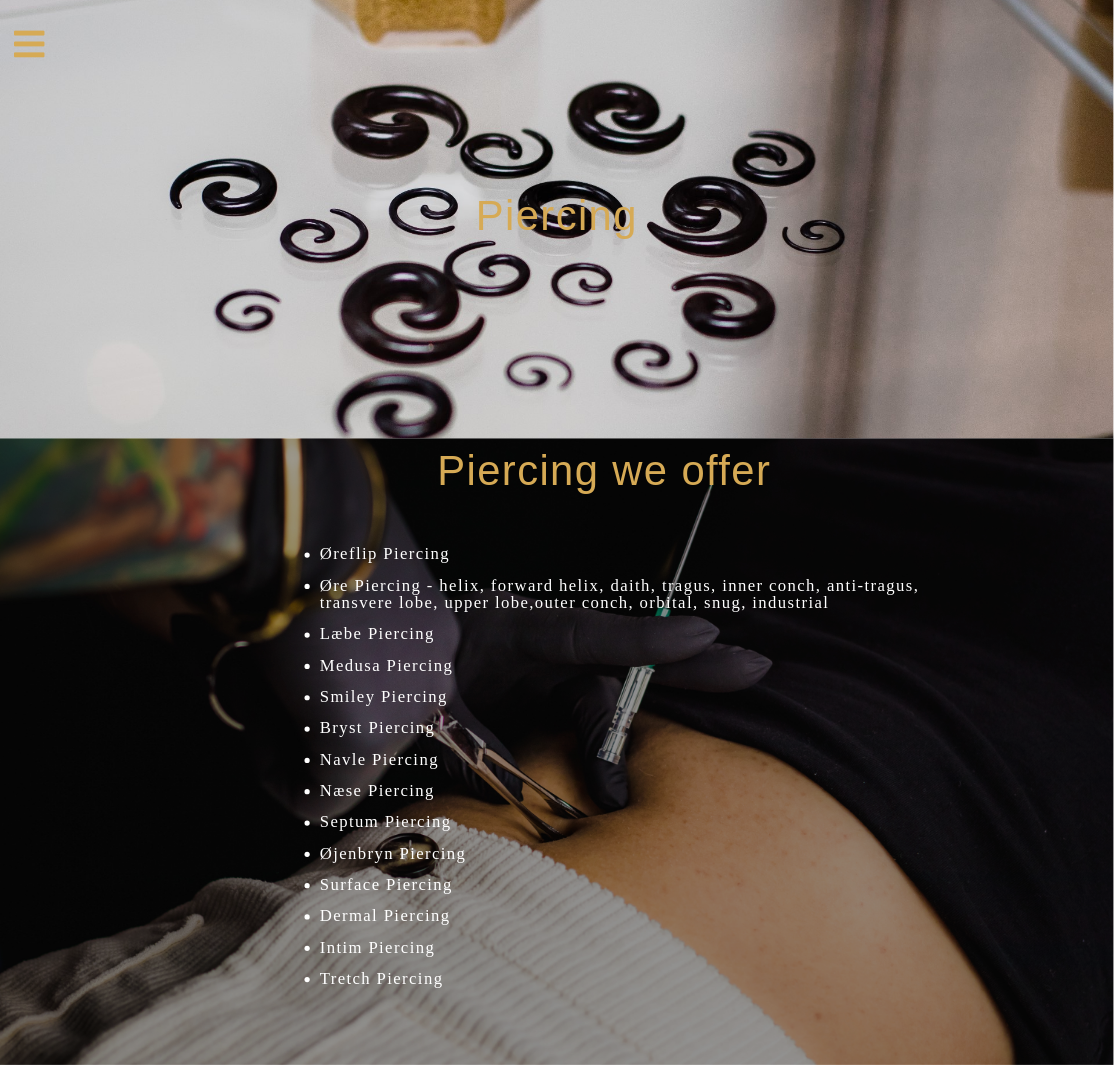
Repository: Spreceriany/TattooWeb
Page: piercing-en.html
The author's editor kept a copy of each file at every save. The page is drawn from the files as they stood at one save, then again after the next save.
The browser window is 1280 px wide. The pictures show the part of the page from y = 0 to 1236 px (the page is 3082 px tall), at 87% of full size.
A picture or video elsewhere on the page could not be fetched, so the positions and the page height are approximate. Some web fonts or font styles are not loaded; a fallback is used. Some web libraries are served in a nearby version.

Above is the page before, as saved 2020-04-09 18:05:02.
Console error: TypeError: Cannot read properties of null (reading 'addEventListener')

After the next save:
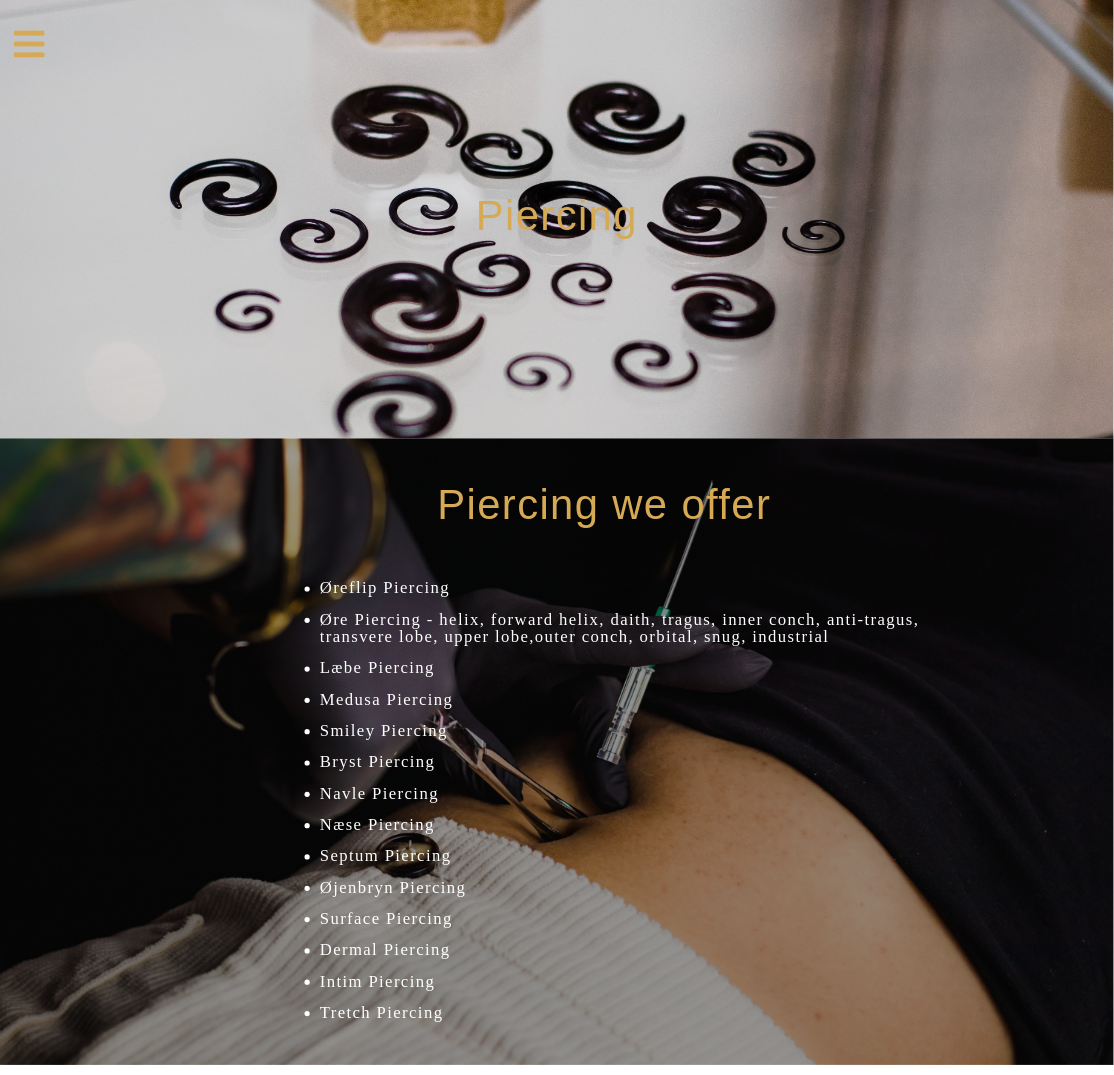
Saved 21 s later.
--- a/piercing-en.html
+++ b/piercing-en.html
@@ -78,7 +78,7 @@
         </div>
         <div class="col-12 col-md-7">
           <div>
-            <h2 class="text-center gold site-section-heading2">Piercing we offer</h2>
+            <h2 class="text-center gold site-section-heading2 pt-5">Piercing we offer</h2>
           <ul class="text-left fa-ul pt-5 py-5 text-white">
             <li class="mb-3" data-aos="fade" data-aos-duration="1500"> Øreflip Piercing
             </li>
